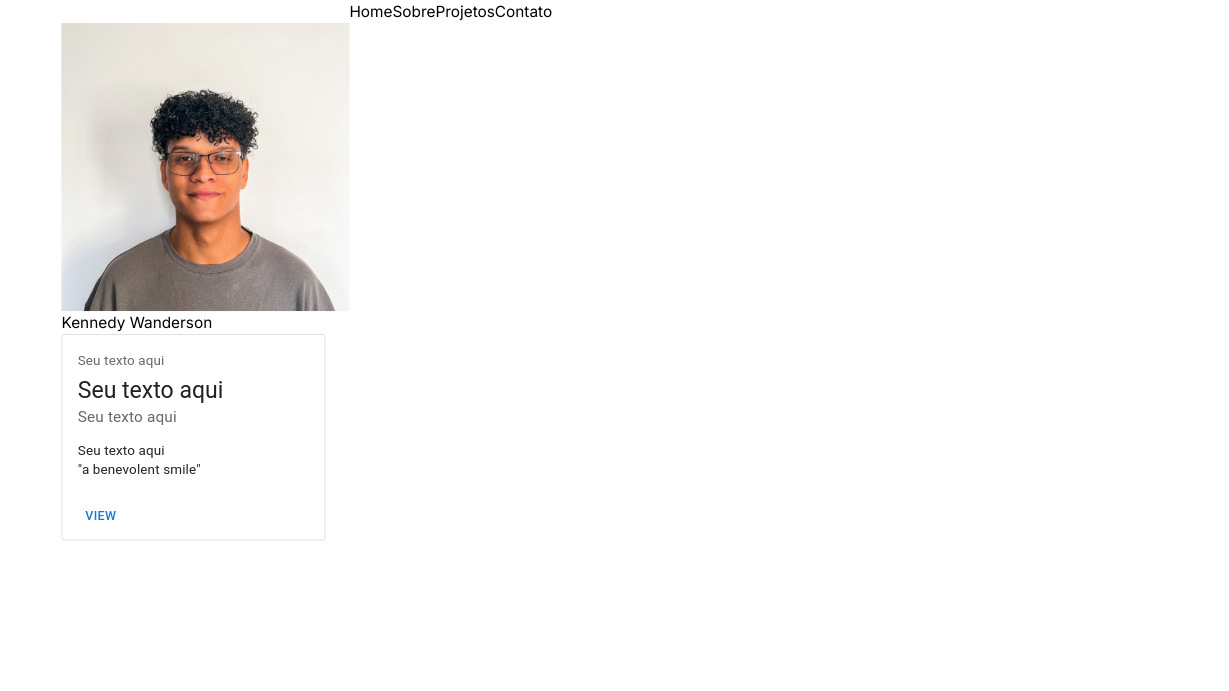
Repository: KennedyWanderson/landing
Page: /
The author's editor kept a copy of each file at every save. The page is drawn from the files as they stood at one save, then again after the next save.
The browser window is 1280 px wide. The pictures show the whole page, at 96% of full size.
The project was rebuilt for these pictures with package versions that can differ from the ones it lists, and the page was loaded fresh each time. The framework's server and built-in components were replaced by stand-ins that run in the browser. Also part of the build but not shown: next.config.js.

Above is the page before, as saved 2024-01-04 12:14:41.

After the next save:
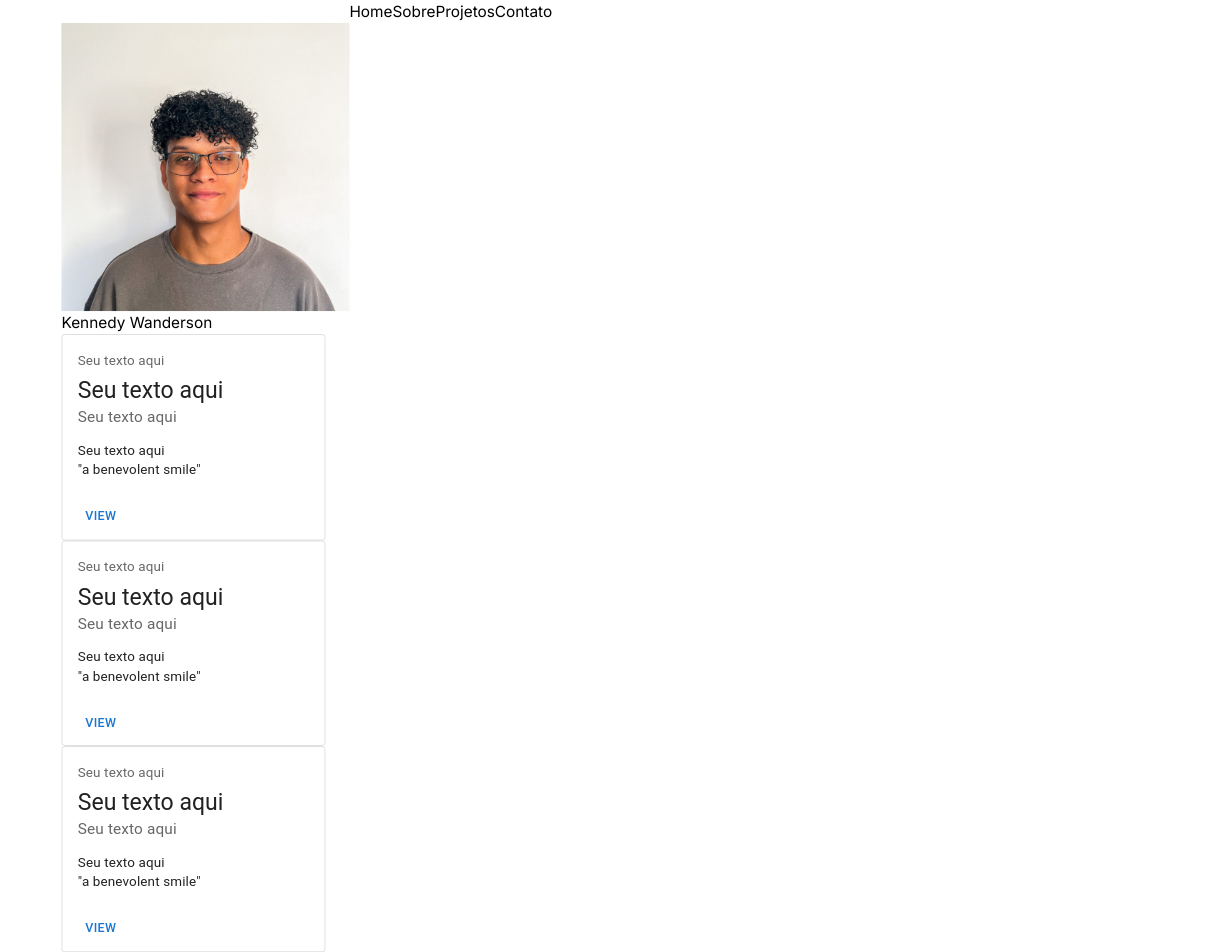
Saved 63 s later.
--- a/src/Components/About.tsx
+++ b/src/Components/About.tsx
@@ -13,6 +13,8 @@ export default function  ResponsiveGrid () {
                     <div className="flex flex-col items-center p-5 shadow-md rounded-xl bg-gray-100">
                         <div className="flex items-center justify-center ">
                             <OutlinedCard  />
+                            <OutlinedCard  />
+                            <OutlinedCard  />
                         </div>
                     </div>
                 </Grid>
